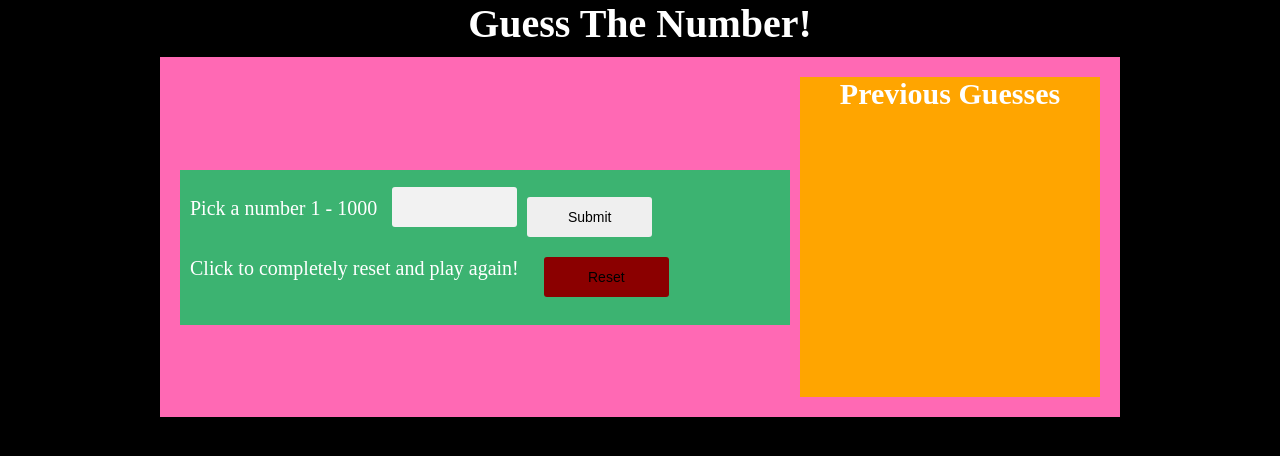
Repository: mlmEFSC21/P14-Guessing-Game
Page: guess.html
An editor plug-in stored every save of this project. The page is shown before and after the next save, followed by the edit.
The browser window is 1280 px wide. The pictures show the whole page.

Above is the page before, as saved 2022-03-19 14:02:53.

After the next save:
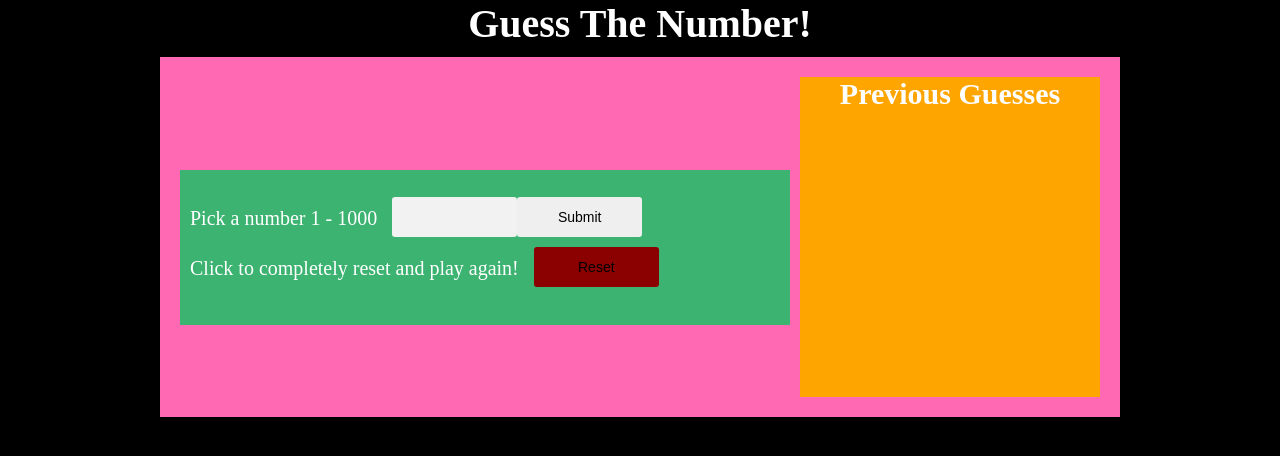
Saved 42 s later.
--- a/guess.css
+++ b/guess.css
@@ -65,7 +65,7 @@ input {
 }
 button {
     border: none;
-    margin: 10px;
+    margin-bottom: 10px;
     padding: 12px;
     border-radius: 3px;
     width: 125px;
